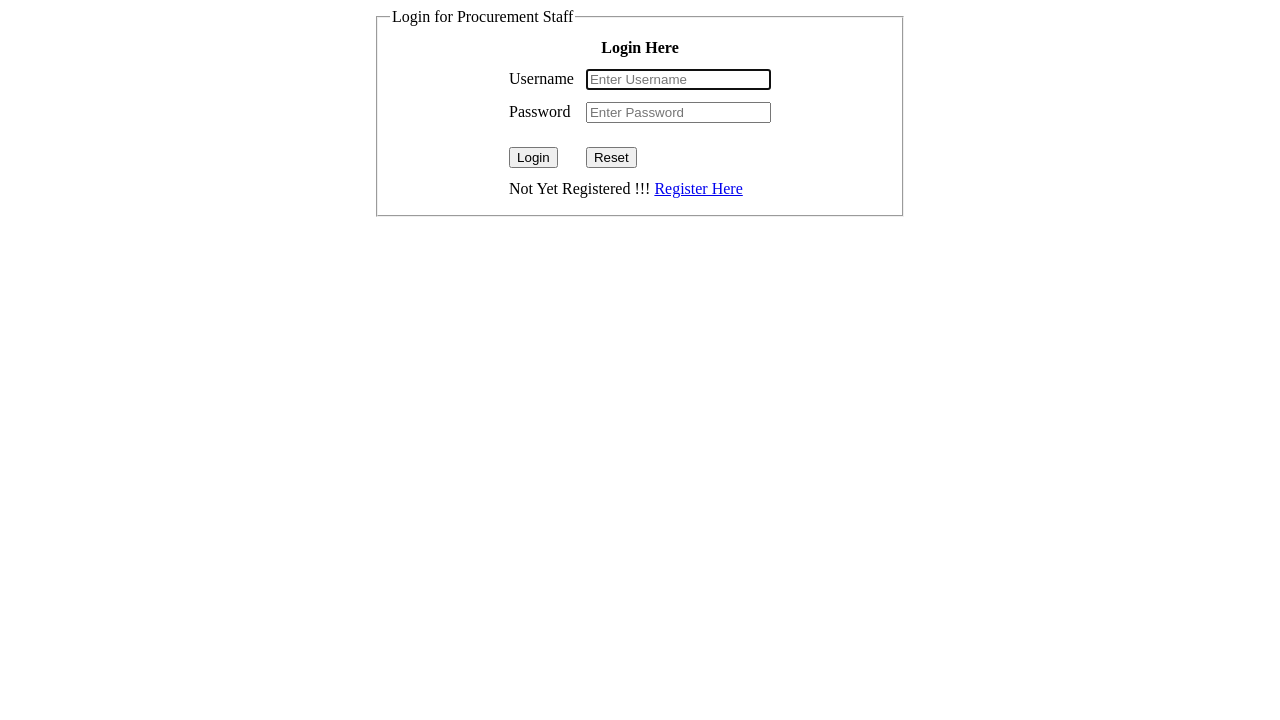
Repository: nirmaniPathiranage/CSSE-Procurement-Management
Page: http://localhost/Item_Management/Login.jsp
An editor plug-in stored every save of this project. The page is shown before and after the next save, followed by the edit.
The browser window is 1280 px wide. The pictures show the whole page.
The page is served by Tomcat 9. Other server files are loaded and not shown.

Above is the page before, as saved 2019-09-29 17:03:42.

### Item_Management/WebContent/Login.jsp
<%@ page language="java" contentType="text/html; charset=ISO-8859-1"
	pageEncoding="ISO-8859-1"%>
<!DOCTYPE html>
<html>
<head>
<meta http-equiv="Content-Type" content="text/html; charset=ISO-8859-1">
<title>Login</title>
<style>
header{
background-image: url(procurement.jpg);
background-size: cover;
border-radius:8px;
height:700px;
width:100%;
opacity:1;
}

.topnav a{
float:left;
color:#f2f2f2;
text-align:center;
padding:14px 16px;
text-decoration:none;
font-size:17px;
}

.topnav a:hover{
background-color:#ddd;
color:black;
}

.topnav a.active{
background-color:#4CAF50;
color:black;
}
</style>
<script>
	function validate() {
		var username = document.form.username.value;
		var password = document.form.password.value;

		if (username == null || username == "") {
			alert("Username cannot be blank");
			return false;
		} else if (password == null || password == "") {
			alert("Password cannot be blank");
			return false;
		}
	}
</script>
</head>
<body>
	<form name="form" action="LoginServlet" method="post"
		onsubmit="return validate()">
		<center>
			<fieldset style="width: 500px">
				<legend> Login for Procurement Staff</legend>
				<table border="0" width="50%" cellpadding="5">
					<tr>
						<th colspan="2">Login Here</th>
					</tr>
					<tbody>
						<tr>
							<td>Username</td>
							<td><input type="text" name="username" value="" autofocus
								placeholder="Enter Username" autocomplete="off" required /></td>
						</tr>
						<tr>
							<td>Password</td>
							<td><input type="password" name="password" value=""
								placeholder="Enter Password" autocomplete="off" required /></td>
						</tr>
						<tr>
							<td><span style="color: red"><%=(request.getAttribute("errMessage") == null) ? "" : request.getAttribute("errMessage")%></span></td>
						</tr>
						<tr>
							<td><input type="submit" value="Login"></input></td>
							<td><input type="reset" value="Reset"></input></td>
						</tr>
						<tr>
							<td colspan="2">Not Yet Registered !!! <a
								href="Register.jsp">Register Here</a></td>
						</tr>
					</tbody>
				</table>
			</fieldset>
		</center>
	</form>
</body>
</html>

After the next save:
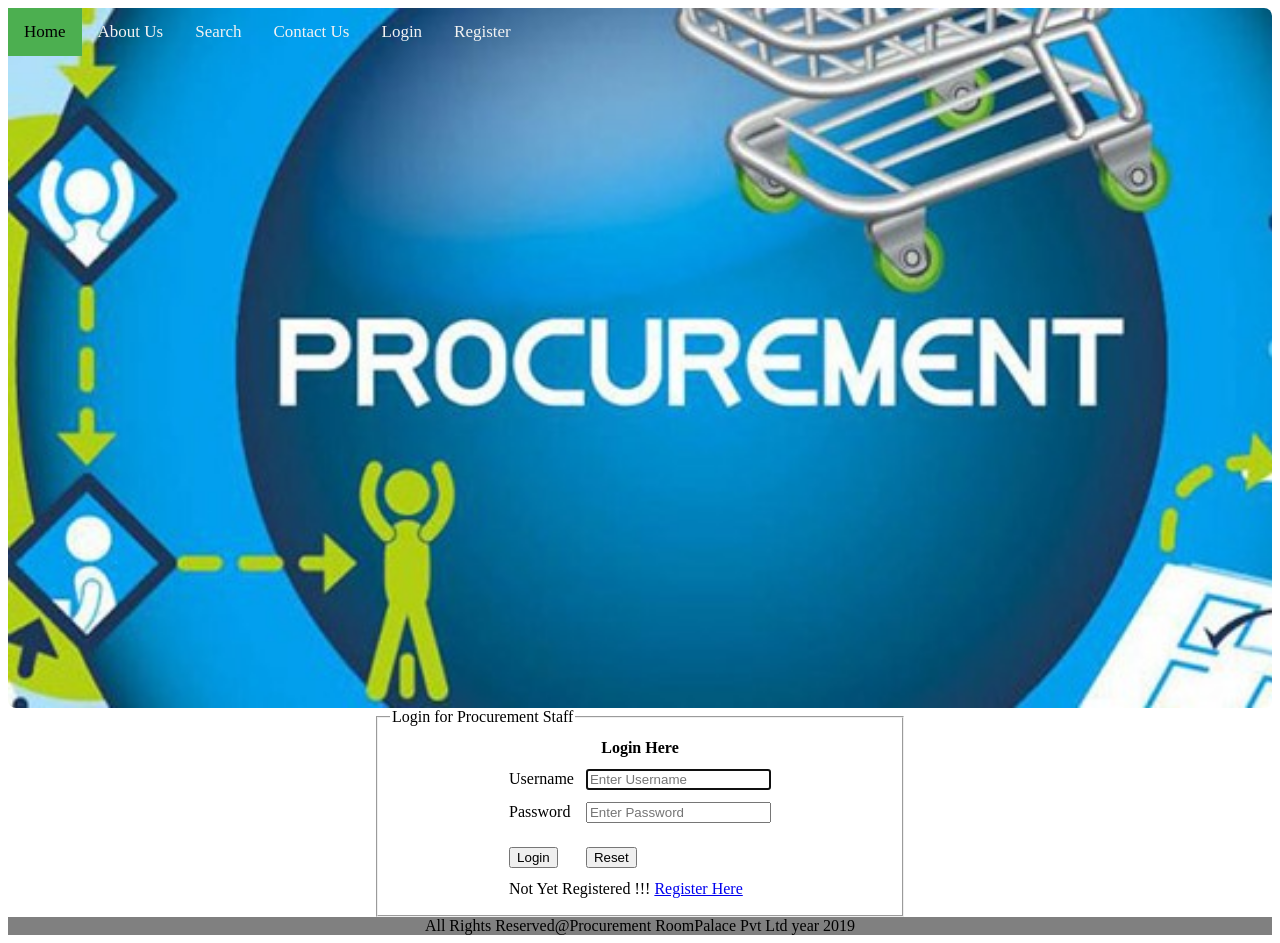
Saved 113 s later.
--- a/Item_Management/WebContent/Login.jsp
+++ b/Item_Management/WebContent/Login.jsp
@@ -50,6 +50,18 @@ color:black;
 </script>
 </head>
 <body>
+<header>
+<div class = "topnav">
+<a class = "active"  href="HomePage.jsp">Home</a>
+			<a href="###">About Us</a>
+			<a href="###">Search</a>
+			<a href="###">Contact Us</a>
+			<font align:right>
+			<a href="Login.jsp">Login</a>
+			<a href="Register.jsp">Register</a>
+			</font>
+</div>
+</header>
 	<form name="form" action="LoginServlet" method="post"
 		onsubmit="return validate()">
 		<center>
@@ -86,5 +98,6 @@ color:black;
 			</fieldset>
 		</center>
 	</form>
+	<footer><div align="center" style ="background-color:#808080">All Rights Reserved@Procurement RoomPalace Pvt Ltd year 2019</footer>
 </body>
 </html>
